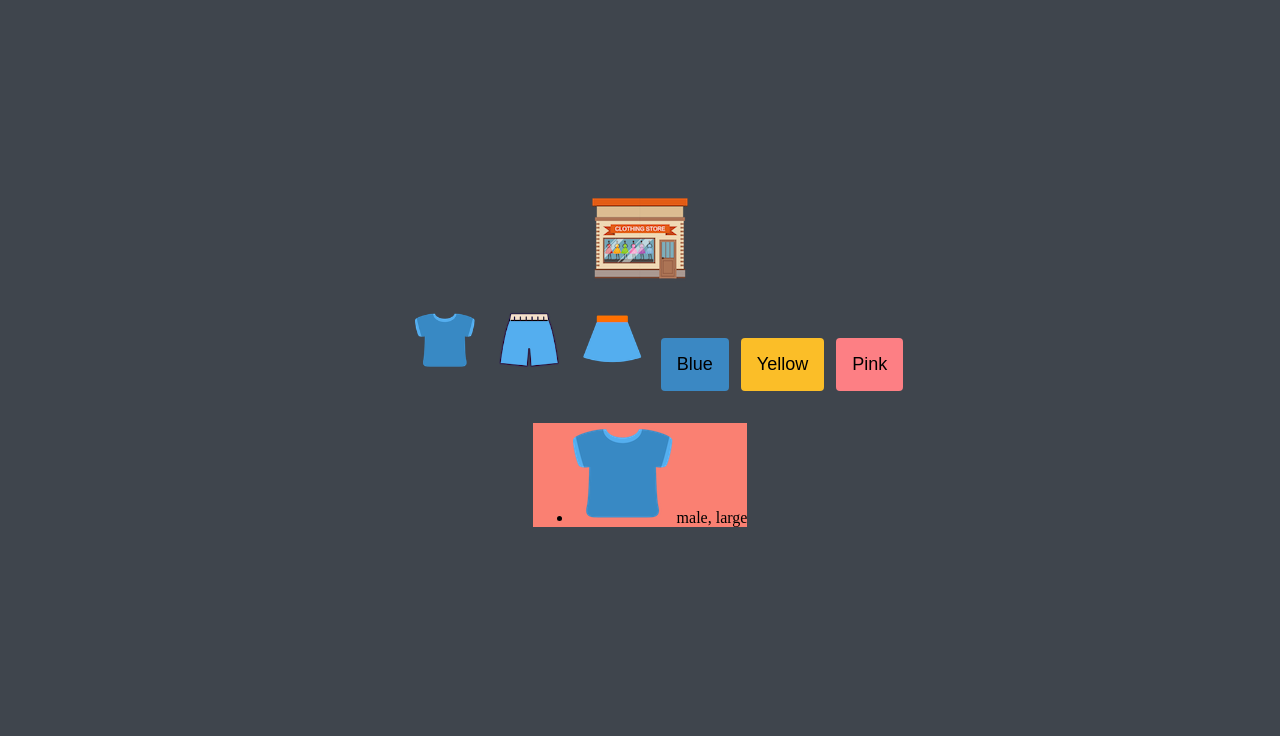
Repository: GoodHoneyCake/Dream_Coding_Academy1
Page: index.html
These files come from the project's save history. The page is drawn as it stood at one moment and after the next save; the edit follows.
The browser window is 1280 px wide. The pictures show the whole page.

Above is the page before, as saved 2021-01-06 16:26:40.

### index.html
<!DOCTYPE html>
<html lang="en">
  <head>
    <meta charset="UTF-8" />
    <meta name="viewport" content="width=device-width, initial-scale=1.0" />
    <title>Online Shopping</title>
    <link rel="stylesheet" href="style.css" />
    <script src="src/main.js" defer></script>
  </head>
  <body>
    <!-- Logo -->
    <img src="img/logo.png" alt="Logo" class="logo" />
    <!-- Buttons -->
    <ul>
      <button class="btn">
        <img src="img/blue_t.png" alt="tshirt" class="imgBtn" />
      </button>
      <button class="btn">
        <img src="img/blue_p.png" alt="pants" class="imgBtn" />
      </button>
      <button class="btn">
        <img src="img/blue_s.png" alt="skirt" class="imgBtn" />
      </button>
      <button class="btn colorBtn blue">Blue</button>
      <button class="btn colorBtn yellow">Yellow</button>
      <button class="btn colorBtn pink">Pink</button>
    </ul>
    <!-- Items -->
    <ul class="items">
      <li class="item">
        <img src="img/blue_t.png" alt="tshirt" class="item_thumbnail" />
        <span class="item__description">male, large</span>
      </li>
    </ul>
  </body>
</html>

### style.css
:root {
  /* color */
  --color-black: #3f454d;
  --color-white: #ffffff;
  --color-blue: #3b88c3;
  --color-yellow: #fbbe28;
  --color-pink: #fd7f84;
  --color-light-grey: #dfdfdf;

  /* size */
  --base-space: 8px;
  --size-button: 60px;
  --size-border: 4px;
  --button-font-size: 18px;

  /* animation */
  --animation-duration: 300ms;
}

* {
  box-sizing: border-box;
}

body {
  height: 100vh;
  background-color: var(--color-black);
  display: flex;
  flex-direction: column;
  justify-content: center;
  align-items: center;
}

.logo {
  cursor: pointer;
  transition: transform var(--animation-duration) ease;
}

.btn {
  background-color: transparent;
  border: none;
  outline: none;
  cursor: pointer;
  transition: transform var(--animation-duration) ease;
  margin-right: var(--base-space);
}

.logo:hover,
.btn:hover {
  transform: scale(1.1);
}

.buttons {
  display: flex;
  align-items: center;
}

.imgBtn {
  width: var(--size-button);
  height: var(--size-button);
}

.colorBtn {
  font-size: var(--button-font-size);
  padding: calc(var(--base-space) * 2);
  border-radius: var(--size-border);
}

.blue {
  background-color: var(--color-blue);
}
.yellow {
  background-color: var(--color-yellow);
}
.pink {
  background-color: var(--color-pink);
}

.items {
  background-color: salmon;
}

Loaded but not shown: src/main.js (no stored copy; drawn as an empty file)

After the next save:
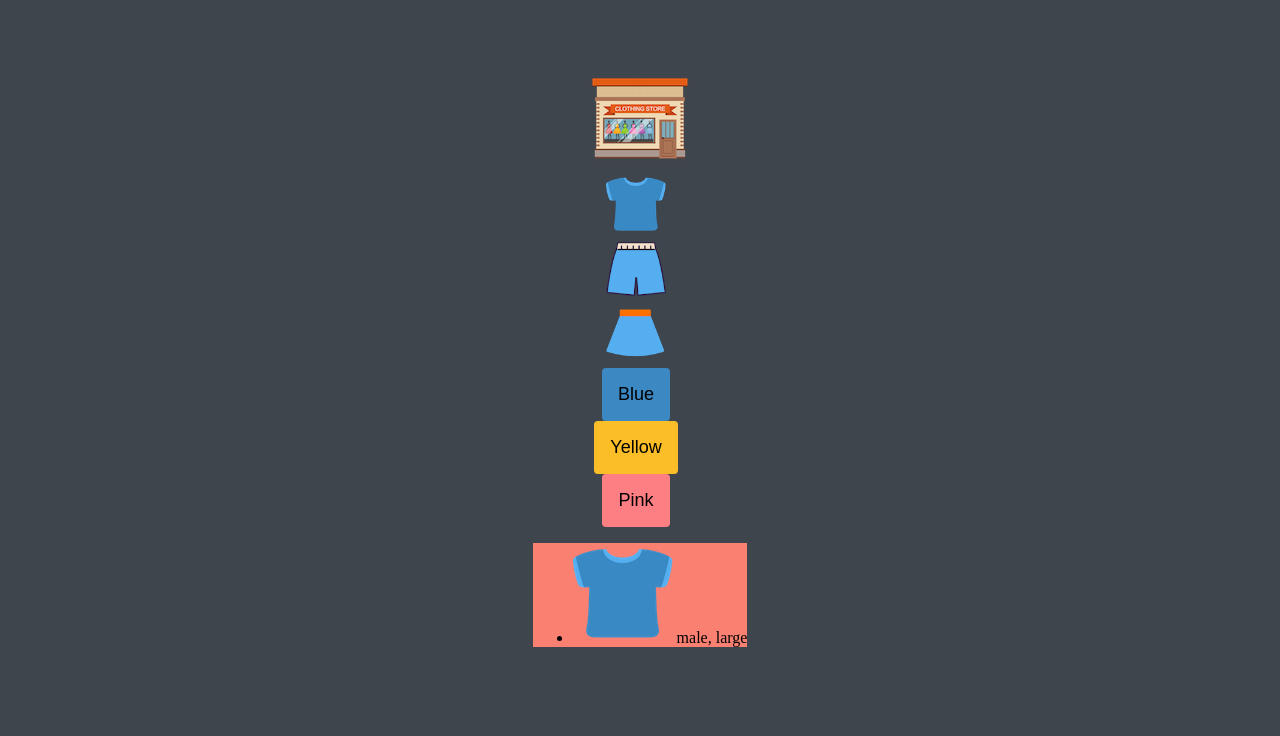
Saved 5 s later.
--- a/index.html
+++ b/index.html
@@ -11,20 +11,18 @@
     <!-- Logo -->
     <img src="img/logo.png" alt="Logo" class="logo" />
     <!-- Buttons -->
-    <ul>
-      <button class="btn">
-        <img src="img/blue_t.png" alt="tshirt" class="imgBtn" />
-      </button>
-      <button class="btn">
-        <img src="img/blue_p.png" alt="pants" class="imgBtn" />
-      </button>
-      <button class="btn">
-        <img src="img/blue_s.png" alt="skirt" class="imgBtn" />
-      </button>
-      <button class="btn colorBtn blue">Blue</button>
-      <button class="btn colorBtn yellow">Yellow</button>
-      <button class="btn colorBtn pink">Pink</button>
-    </ul>
+    <button class="btn">
+      <img src="img/blue_t.png" alt="tshirt" class="imgBtn" />
+    </button>
+    <button class="btn">
+      <img src="img/blue_p.png" alt="pants" class="imgBtn" />
+    </button>
+    <button class="btn">
+      <img src="img/blue_s.png" alt="skirt" class="imgBtn" />
+    </button>
+    <button class="btn colorBtn blue">Blue</button>
+    <button class="btn colorBtn yellow">Yellow</button>
+    <button class="btn colorBtn pink">Pink</button>
     <!-- Items -->
     <ul class="items">
       <li class="item">
